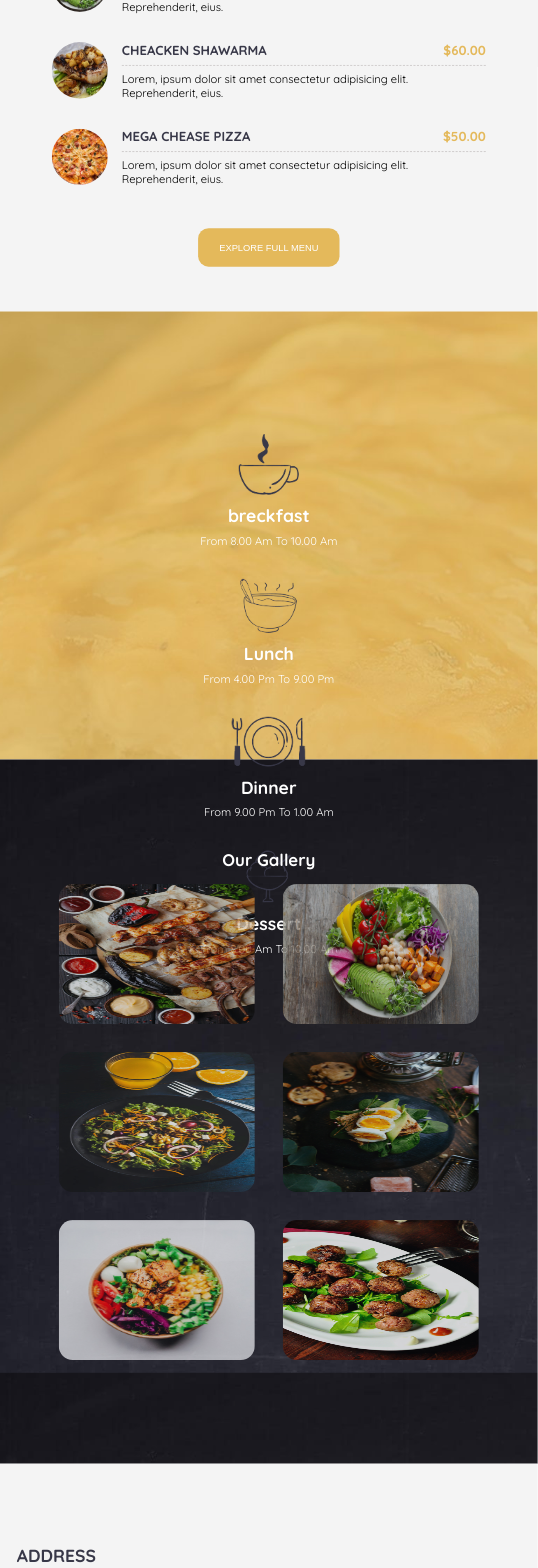
Repository: Eslam0Mohamed/Food-lover-project
Page: index.html
An editor plug-in stored every save of this project. The page is shown before and after a run of saves, followed by the edit.
The browser window is 768 px wide. The pictures show the part of the page from y = 4260 to 6500 px (the page is 7233 px tall before and 7525 px after), at 70% of full size.
Some web fonts or font styles are not loaded; a fallback is used.

Above is the page before, as saved 2024-03-03 15:28:36.

After the next 10 saves:
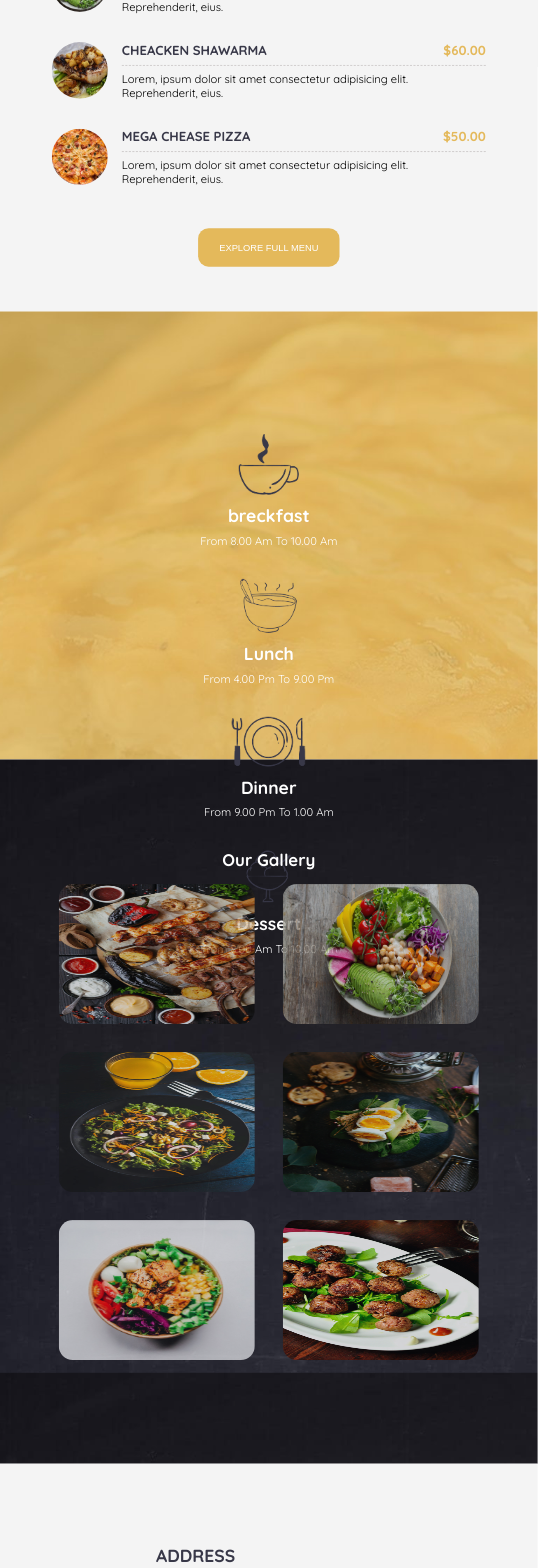
The 10 saves are shown as one change because they came seconds apart.
The last was saved 22 s later.
--- a/style.css
+++ b/style.css
@@ -118,7 +118,10 @@ flex-direction: column;
     padding-top: 30px;
     margin-top: 15px;
     }
-    con
+    .contact-content{
+        display: flex;
+        flex-direction: column;
+    }
   }
 header::before {
     content: "";
